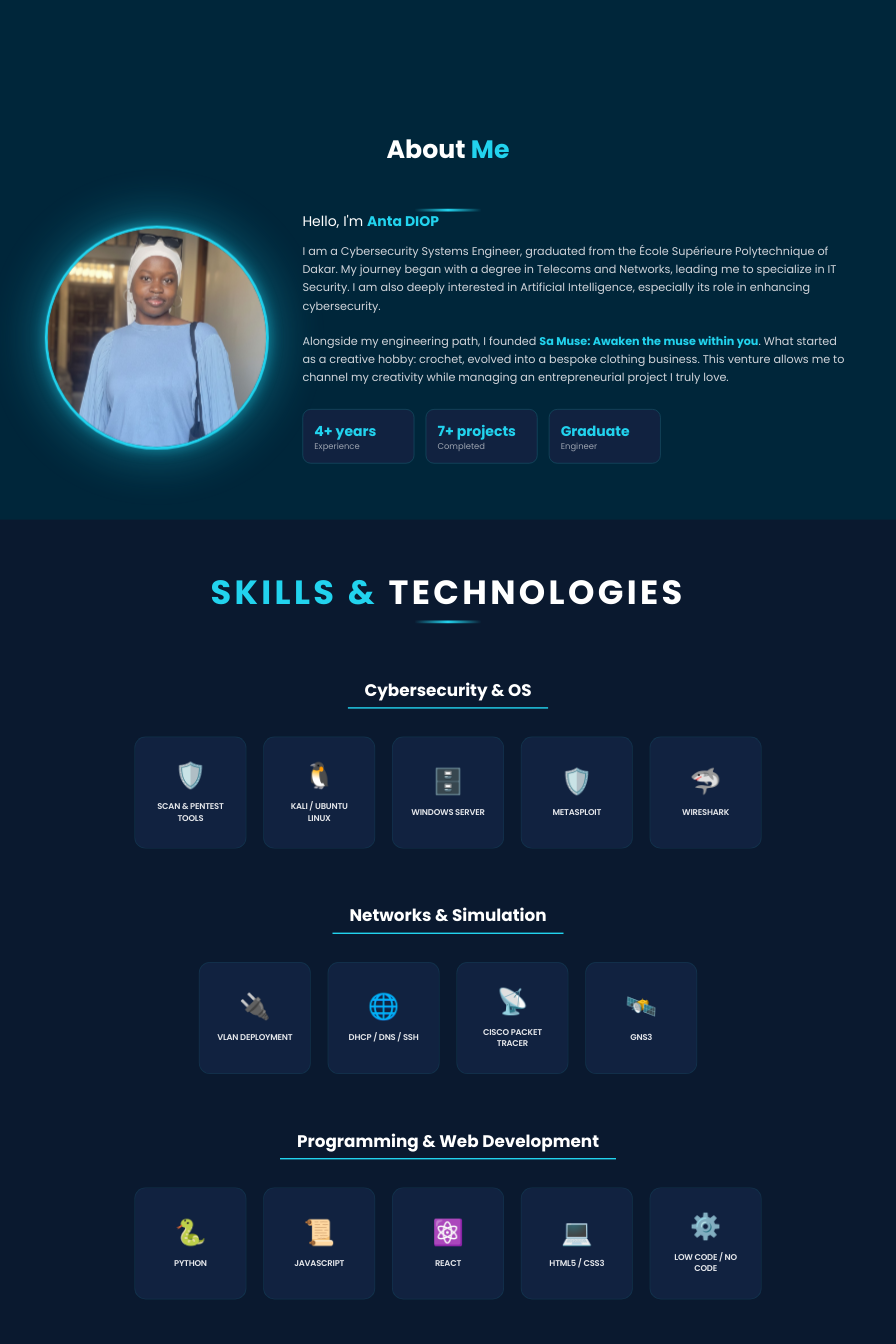
Repository: AntaaaKD/Mon-Portfolio
Page: /
These files come from the project's save history. The page is drawn as it stood at one moment and after a run of saves; the edit follows.
The browser window is 1280 px wide. The pictures show the part of the page from y = 666 to 2586 px (the page is 7105 px tall before and 7121 px after), at 70% of full size.
The project was rebuilt for these pictures with package versions that can differ from the ones it lists, and the page was loaded fresh each time.

Above is the page before, as saved 2026-01-15 00:29:31.

### public/index.html
<!DOCTYPE html>
<html lang="en">
  <link href="https://fonts.googleapis.com/css2?family=Poppins:wght@400;600;700&display=swap" rel="stylesheet">
  <head>
    <meta charset="utf-8" />
    <link rel="icon" href="%PUBLIC_URL%/favicon.ico" />
    <meta name="viewport" content="width=device-width, initial-scale=1" />
    <meta name="theme-color" content="#000000" />
    <meta
      name="description"
      content="Web site created using create-react-app"
    />
    <link rel="apple-touch-icon" href="%PUBLIC_URL%/logo192.png" />
    <!--
      manifest.json provides metadata used when your web app is installed on a
      user's mobile device or desktop. See https://developers.google.com/web/fundamentals/web-app-manifest/
    -->
    <link rel="manifest" href="%PUBLIC_URL%/manifest.json" />
    <!--
      Notice the use of %PUBLIC_URL% in the tags above.
      It will be replaced with the URL of the `public` folder during the build.
      Only files inside the `public` folder can be referenced from the HTML.

      Unlike "/favicon.ico" or "favicon.ico", "%PUBLIC_URL%/favicon.ico" will
      work correctly both with client-side routing and a non-root public URL.
      Learn how to configure a non-root public URL by running `npm run build`.
    -->
    <title>React App</title>
  </head>
  <body>
    <noscript>You need to enable JavaScript to run this app.</noscript>
    <div id="root"></div>
    <!--
      This HTML file is a template.
      If you open it directly in the browser, you will see an empty page.

      You can add webfonts, meta tags, or analytics to this file.
      The build step will place the bundled scripts into the <body> tag.

      To begin the development, run `npm start` or `yarn start`.
      To create a production bundle, use `npm run build` or `yarn build`.
    -->
  </body>
</html>

### src/index.css
@tailwind base;
@tailwind components;
@tailwind utilities;

body {
  margin: 0;
  font-family: 'Poppins', sans-serif;
  -webkit-font-smoothing: antialiased;
  -moz-osx-font-smoothing: grayscale;
}

code {
  font-family: source-code-pro, Menlo, Monaco, Consolas, 'Courier New',
    monospace;
}

### src/components/Navbar.jsx
import React, { useState, useEffect } from 'react';

const Navbar = () => {
  const [scrolled, setScrolled] = useState(false);

  useEffect(() => {
    const handleScroll = () => {
      if (window.scrollY > 50) {
        setScrolled(true);
      } else {
        setScrolled(false);
      }
    };

    window.addEventListener('scroll', handleScroll);
    return () => window.removeEventListener('scroll', handleScroll);
  }, []);

  return (
    <nav
        className={`p-4 sticky top-0 z-10 transition-all duration-300 ${
            scrolled
            ? 'bg-custom-blue bg-opacity-0 backdrop-blur-md'  // Semi-transparent (30%) + blur fort
            : 'bg-custom-blue'  // Bleu solide au top
        }`}
    >
        <div className="container mx-auto flex justify-between items-center">
            <h1 className="text-xl font-bold text-blue-text">AD</h1>
            <ul className="flex space-x-6 text-white">
            <li><a href="#home" className="hover:text-cyan-300">Home</a></li>
            <li><a href="#about" className="hover:text-cyan-300">About</a></li>
            <li><a href="#skills" className="hover:text-cyan-300">Skills</a></li>
            <li><a href="#achievements" className="hover:text-cyan-300">Achievements</a></li>
            <li><a href="#projects" className="hover:text-cyan-300">Projects</a></li>
            <li><a href="#contact" className="hover:text-cyan-300">Contact</a></li>
            </ul>
        </div>
    </nav>
  );
};

export default Navbar;

### src/components/Home.jsx
import React, { useEffect, useRef } from 'react';
import Typed from 'typed.js';

const Home = () => {
  // Création d'une référence pour l'élément qui accueillera l'animation
  const el = useRef(null);

  useEffect(() => {
    const typed = new Typed(el.current, {
      strings: [
        "Cybersecurity Engineer",
        "Founder of Sa Muse",
      ],
      typeSpeed: 100,
      backSpeed: 90,
      loop: true,
    });

    // Nettoyage de l'animation pour éviter les bugs de mémoire
    return () => {
      typed.destroy();
    };
  }, []);

  return (
    <section id="home" className="flex flex-col items-center justify-center h-screen text-center px-4">
      <h1 className="text-6xl font-bold mb-4">
        Hi, I'm <span className="text-blue-text">Anta DIOP</span>
      </h1>

      {/* On applique la ref ici pour l'animation */}
      <h2 className="text-2xl font-bold text-cyan-400 mb-6 h-8">
        <span ref={el}></span>
      </h2>

      <p className="text-lg mb-8 max-w-2xl">
        A Cybersecurity Engineer, I am passionate about analyzing, protecting, and detecting threats across systems and networks.
        I am also particularly interested in artificial intelligence applied to cybersecurity, a field that offers highly promising perspectives.
      </p>

      <div className="flex space-x-4">
        <a href="#projects" className="bg-blue-text text-lg px-6 py-3 rounded-full hover:bg-cyan-400 transition">
            View my Projects
        </a>
        <a href="/cv.pdf" download className="px-6 py-3 rounded-full border border-cyan-500 text-lg hover:bg-cyan-500 hover:text-custom-blue transition">
            Download CV
        </a>
      </div>
    </section>
  );
};

export default Home;

### src/components/About.jsx
import React from 'react';

const About = () => {
  return (
    <section id="about" className="py-20 px-4 bg-custom-blue text-white">
      <div className="max-w-6xl mx-auto">
        {/* Titre de la section */}
        <h2 className="text-4xl font-bold text-center mb-16">
          About <span className="text-cyan-400">Me</span>
        </h2>
        <div className="h-1 w-24 bg-gradient-to-r from-transparent via-cyan-400 to-transparent mx-auto mt-4 rounded-full"></div>

        <div className="flex flex-col md:flex-row items-center justify-between gap-12">

          {/* Colonne Image avec l'effet de halo bleu */}
          <div className="relative w-64 h-64 md:w-80 md:h-80">
            <div className="absolute inset-0 rounded-full bg-cyan-400 opacity-20 blur-2xl animate-pulse"></div>
            <div className="relative w-full h-full rounded-full border-4 border-cyan-400 overflow-hidden shadow-[0_0_20px_rgba(34,211,238,0.5)]">
              <img
                src="/image1.png"
                alt="Anta DIOP"
                className="w-full h-full object-cover"
              />
            </div>
          </div>

          {/* Colonne Texte */}
          <div className="flex-1 text-center md:text-left">
            <h3 className="text-xl mb-4">
              Hello, I'm <span className="text-cyan-400 font-bold">Anta DIOP</span>
            </h3>
            <p className="text-gray-300 mb-6 leading-relaxed">
              I am a Cybersecurity Systems Engineer, graduated from the École Supérieure Polytechnique of Dakar.
              My journey began with a degree in Telecoms and Networks, leading me to specialize in IT Security.
              I am also deeply interested in Artificial Intelligence, especially its role in enhancing cybersecurity.
            </p>
            <p className="text-gray-300 mb-8 leading-relaxed">
              Alongside my engineering path, I founded <span className="text-cyan-400 font-bold"> Sa Muse: Awaken the muse within you</span>.
              What started as a creative hobby: crochet, evolved into a bespoke clothing business. This venture allows me to channel my creativity while managing an entrepreneurial project I truly love.
            </p>

            {/* Cartes de statistiques (comme sur le modèle) */}
            <div className="flex flex-wrap justify-center md:justify-start gap-4">
              <div className="bg-[#112240] p-4 rounded-xl border border-cyan-900 w-40">
                <p className="text-cyan-400 font-bold text-xl">4+ years</p>
                <p className="text-xs text-gray-400">Experience</p>
              </div>
              <div className="bg-[#112240] p-4 rounded-xl border border-cyan-900 w-40">
                <p className="text-cyan-400 font-bold text-xl">7+ projects</p>
                <p className="text-xs text-gray-400">Completed</p>
              </div>
              <div className="bg-[#112240] p-4 rounded-xl border border-cyan-900 w-40">
                <p className="text-cyan-400 font-bold text-xl">Graduate</p>
                <p className="text-xs text-gray-400">Engineer</p>
              </div>
            </div>
          </div>

        </div>
      </div>
    </section>
  );
};

export default About;

### src/components/Skills.jsx
import React from 'react';

const Skills = () => {
  const skillCategories = [
    {
      domain: "Cybersecurity & OS",
      tools: [
        { name: 'Scan & Pentest Tools', icon: '🛡️' },
        { name: 'Kali / Ubuntu Linux', icon: '🐧' },
        { name: 'Windows Server', icon: '🗄️' },
        { name: 'Metasploit', icon: '🛡️' },
        { name: 'Wireshark', icon: '🦈' }
      ]
    },
    {
      domain: "Networks & Simulation",
      tools: [
        { name: 'VLAN Deployment', icon: '🔌' },
        { name: 'DHCP / DNS / SSH', icon: '🌐' },
        { name: 'Cisco Packet Tracer', icon: '📡' },
        { name: 'GNS3', icon: '🛰️' }
      ]
    },
    {
      domain: "Programming & Web Development",
      tools: [
        { name: 'Python', icon: '🐍' },
        { name: 'JavaScript', icon: '📜' },
        { name: 'React', icon: '⚛️' },
        { name: 'HTML5 / CSS3', icon: '💻' },
        { name: 'Low Code / No Code', icon: '⚙️' },
      ]
    },
    {
      domain: "Data & Infrastructure",
      tools: [
        { name: 'Machine Learning', icon: '🧠' },
        { name: 'SQL', icon: '📊' },
        { name: 'Docker', icon: '🐳' },
        { name: 'VMware / Virtualbox', icon: '🖥️' },
        { name: 'GitHub', icon: '🐙' }
      ]
    }
  ];

  return (
    <section id="skills" className="py-20 bg-[#0a192f] text-white">
      <div className="max-w-6xl mx-auto px-4">
        <h2 className="text-5xl font-bold text-center mb-20 text-cyan-400 uppercase tracking-widest">
          Skills & <span className="text-white">Technologies</span>
          <div className="h-1 w-24 bg-gradient-to-r from-transparent via-cyan-400 to-transparent mx-auto mt-4 rounded-full"></div>
        </h2>

        <div className="space-y-20">
          {skillCategories.map((category, idx) => (
            <div key={idx} className="flex flex-col items-center">
              {/* Titre du domaine bien centré */}
              <h3 className="text-2xl font-bold mb-10 text-white border-b-2 border-cyan-400 pb-2 px-6">
                {category.domain}
              </h3>

              {/* Grille des outils centrée */}
              <div className="flex flex-wrap justify-center gap-6 w-full">
                {category.tools.map((tool, index) => (
                  <div
                    key={index}
                    className="bg-[#112240] p-6 rounded-2xl border border-cyan-900/40 flex flex-col items-center justify-center w-40 h-40 transition-all duration-300 hover:border-cyan-400 hover:-translate-y-2 hover:shadow-[0_0_20px_rgba(34,211,238,0.15)] group"
                  >
                    <div className="text-4xl mb-4 group-hover:scale-110 transition-transform">
                      {tool.icon}
                    </div>
                    <h4 className="text-xs font-semibold text-gray-200 text-center uppercase tracking-tight">
                      {tool.name}
                    </h4>
                  </div>
                ))}
              </div>
            </div>
          ))}
        </div>
      </div>
    </section>
  );
};

export default Skills;

### src/components/Achievements.jsx
import React from 'react';

const Achievements = () => {
  const achievements = [
    {
      date: "In Press - November 2025",
      title: "Scientific Publication: Android App Security",
      institution: "17th EAI AFRICOMM Conference",
      description: "Co-authored the research paper: 'On the security of pre-installed Android apps in low-cost devices'. Study conducted in collaboration with University of Luxembourg (SnT).",
      isResearch: true,
      link: "https://orbilu.uni.lu/handle/10993/66902"
    },
    {
      date: "October 2025",
      title: "Master's Thesis: Dynamic Analysis of Android Applications ",
      institution: "SnT - University of Luxembourg",
      description: "Conducting a study and implementing dynamic analysis methods, supported by Artificial Intelligence, for the evaluation of preinstalled Android applications.",
    },
    {
      date: "September 2024",
      title: "Deep Learning Indaba 2024 Participant",
      institution: "Université Amadou Mahtar MBOW",
      description: "Attended one of Africa's largest AI events. Gained insights into cutting-edge AI applications for network security and connected with global industry experts.",
    },
    {
      date: "Mai 2024",
      title: "LAMBTech Competition: 3rd Place",
      institution: "Institut Informatique Business School (IIBS), Dakar",
      description: "Successfully secured and defended remote systems in an intensive ethical hacking competition. Demonstrated expertise in web vulnerability exploitation and team leadership.",
    },
    {
      date: "June 2022 - July 2022",
      title: "Undergraduate Project: Network Security Hardening",
      institution: "École Supérieure Polytechnique de Dakar (ESP)",
      description: "Architected a secure infrastructure using Cisco technologies, implementing ACLs, encrypted VPN tunnels, and robust AAA authentication mechanisms.",
    }
  ];

return (
    <section id="achievements" className="w-full py-24 bg-transparent text-white">
      <div className="max-w-5xl mx-auto px-4">

        <div className="text-center mb-20">
          <h2 className="text-5xl font-extrabold tracking-tight">
            My <span className="text-cyan-400">Achievements</span>
          </h2>
          <div className="h-1 w-24 bg-gradient-to-r from-transparent via-cyan-400 to-transparent mx-auto mt-4 rounded-full"></div>
        </div>

        <div className="relative">
          {/* LIGNE EN DÉGRADÉ */}
          <div className="absolute left-4 md:left-1/2 transform md:-translate-x-1/2 w-[3px] h-full bg-gradient-to-b from-cyan-400 via-cyan-600 to-transparent rounded-full opacity-50"></div>

          {achievements.map((item, index) => (
            <div key={index} className={`relative flex items-center justify-between mb-24 w-full ${index % 2 === 0 ? 'md:flex-row-reverse' : 'md:flex-row'}`}>

              <div className="hidden md:block w-5/12"></div>

              {/* POINT DE LA TIMELINE */}
              <div className="absolute left-4 md:left-1/2 transform -translate-x-1/2 w-6 h-6 rounded-full bg-[#0a192f] border-[3px] border-cyan-400 z-20 shadow-[0_0_15px_rgba(34,211,238,0.8)] flex items-center justify-center">
                 <div className="w-2 h-2 rounded-full bg-cyan-400"></div>
              </div>

              {/* CARTE */}
              <div className="w-full md:w-5/12 ml-12 md:ml-0 bg-[#112240] p-8 rounded-2xl border border-cyan-900/50 hover:border-cyan-400/50 transition-all duration-500 shadow-2xl group relative overflow-hidden">
                {item.isResearch && (
                  <div className="absolute top-0 right-0 bg-cyan-400 text-[#0a192f] text-[10px] font-bold px-3 py-1 rounded-bl-lg uppercase">
                    Research
                  </div>
                )}

                <span className="text-cyan-400 font-mono text-xs font-bold uppercase block mb-2">{item.date}</span>
                <h3 className="text-2xl font-bold text-white mb-2 group-hover:text-cyan-400 transition-colors">{item.title}</h3>
                <h4 className="text-cyan-500/80 text-sm italic mb-4">{item.institution}</h4>
                <p className="text-gray-300 font-light text-[15px] mb-4">{item.description}</p>

                {/* --- ICI C'EST LE BOUTON QUE TU CHERCHAIS --- */}
                {item.link && (
                  <a
                    href={item.link}
                    target="_blank"
                    rel="noopener noreferrer"
                    className="inline-flex items-center text-cyan-400 hover:text-white transition-colors group/link"
                  >
                    <span className="text-sm font-bold uppercase tracking-widest border-b border-cyan-400 group-hover/link:border-white pb-1">
                      Read Publication
                    </span>
                    <svg className="w-4 h-4 ml-2 transform group-hover/link:translate-x-1 transition-transform" fill="none" stroke="currentColor" viewBox="0 0 24 24">
                      <path strokeLinecap="round" strokeLinejoin="round" strokeWidth="2" d="M14 5l7 7-7 7M5 12h14" />
                    </svg>
                  </a>
                )}
              </div>

            </div>
          ))}
        </div>
      </div>
    </section>
  );
};

export default Achievements;

### src/components/Projects.jsx
import React from 'react';

const Projects = () => {
  const academicProjects = [
    {
      title: "Web Race Conditions: Banking App",
      description: "Designed a secure banking application to demonstrate race condition vulnerabilities. Developed attack scripts in Python to bypass balance checks and implemented server-side mutex locking for protection.",
      image: "https://images.unsplash.com/photo-1563986768609-322da13575f3?auto=format&fit=crop&q=80&w=800", // Image de banque/finance
      tags: ["Python", "Flask", "Security", "MySQL"],
      codeLink: "#",
      demoLink: "#"
    },
    {
      title: "Forensic Analysis with LLMs",
      description: "Built an intelligent forensic system combining LLM Fine-Tuning and RAG. Trained the model on technical evidence to automate semantic search and report interpretation for digital investigators.",
      image: "https://images.unsplash.com/photo-1550751827-4bd374c3f58b?auto=format&fit=crop&q=80&w=800", // Image de cybersécurité/données
      tags: ["LLM", "RAG", "Python", "AI"],
      codeLink: "#",
      demoLink: "#"
    },
    {
      title: "DeepFake Detection System",
      description: "Developed a web platform using Machine Learning to identify synthesized images. Included adversarial attack testing and model hardening against evasion techniques.",
      image: "https://images.unsplash.com/photo-1633412802994-5c058f151b66?auto=format&fit=crop&q=80&w=800", // Image de reconnaissance faciale/IA
      tags: ["Machine Learning", "React", "TensorFlow"],
      codeLink: "#",
      demoLink: "#"
    },
    {
      title: "Wakhtane: Secure Messenger",
      description: "Engineered an end-to-end encrypted messaging application. Focused on secure coding practices to prevent OWASP Top 10 vulnerabilities and ensure user privacy.",
      image: "https://images.unsplash.com/photo-1611746872915-64382b5c76da?auto=format&fit=crop&q=80&w=800", // Image de messagerie/chat
      tags: ["Cryptography", "Node.js", "WebSockets"],
      codeLink: "#",
      demoLink: "#"
    },
    {
      title: "PKI Infrastructure Deployment",
      description: "Implemented a full-scale Public Key Infrastructure integrated with SSL/TLS certificates. Managed the complete certificate lifecycle and authentication protocols.",
      image: "https://images.unsplash.com/photo-1558494949-ef010cbdcc48?auto=format&fit=crop&q=80&w=800", // Image de serveur/réseau
      tags: ["SSL/TLS", "PKI", "Networking"],
      codeLink: "#",
      demoLink: "#"
    }
  ];

  return (
    <section id="projects" className="w-full py-24 bg-transparent text-white">
      <div className="max-w-7xl mx-auto px-4">

        <div className="text-center mb-16">
          <h2 className="text-5xl font-extrabold text-cyan-400">
            Featured <span className="text-white">Projects</span>
          </h2>
        </div>

        <div className="grid grid-cols-1 md:grid-cols-2 lg:grid-cols-3 gap-10">
          {academicProjects.map((project, index) => (
            <div
              key={index}
              className="bg-[#112240] rounded-2xl overflow-hidden border border-cyan-900/30 hover:border-cyan-400/50 transition-all duration-300 shadow-xl group"
            >
              {/* Image Section */}
              <div className="relative h-56 overflow-hidden">
                <img
                  src={project.image}
                  alt={project.title}
                  className="w-full h-full object-cover transition-transform duration-500 group-hover:scale-110 opacity-80 group-hover:opacity-100"
                />
                <div className="absolute inset-0 bg-gradient-to-t from-[#112240] to-transparent opacity-60"></div>
              </div>

              {/* Content Section */}
              <div className="p-8 flex flex-col h-full">
                <h3 className="text-2xl font-bold text-cyan-400 mb-4 group-hover:text-white transition-colors">
                  {project.title}
                </h3>
                <p className="text-gray-400 text-sm leading-relaxed mb-6 flex-grow">
                  {project.description}
                </p>

                {/* Tags */}
                <div className="flex flex-wrap gap-2 mb-8">
                  {project.tags.map((tag, i) => (
                    <span
                      key={i}
                      className="text-[11px] bg-cyan-900/30 text-cyan-300 border border-cyan-400/20 px-3 py-1 rounded-full font-semibold"
                    >
                      {tag}
                    </span>
                  ))}
                </div>

                {/* Action Buttons */}
                <div className="flex gap-4">
                  <a
                    href={project.codeLink}
                    className="flex-1 flex items-center justify-center gap-2 bg-[#0a192f] border border-cyan-800 hover:border-cyan-400 py-2 rounded-lg text-sm font-bold transition-all"
                  >
                    <span>GitHub</span>
                  </a>
                  <a
                    href={project.demoLink}
                    className="flex-1 flex items-center justify-center gap-2 bg-cyan-500 hover:bg-cyan-400 text-[#0a192f] py-2 rounded-lg text-sm font-bold transition-all"
                  >
                    <span>Details</span>
                  </a>
                </div>
              </div>
            </div>
          ))}
        </div>
      </div>
    </section>
  );
};

export default Projects;

### tailwind.config.js
/** @type {import('tailwindcss').Config} */
module.exports = {
  content: [
    "./src/**/*.{js,jsx,ts,tsx}",
  ],
  theme: {
    extend: {
      colors: {
        'custom-blue': 'rgb(0, 38, 58)',  // Ton bleu exact ici
        'blue-text': 'rgb(1, 120, 160)',
      },
    },
  },
  plugins: [],
};

Loaded but not shown: src/index.js (common file); src/reportWebVitals.js (common file); src/App.js (25 lines, source omitted)

After the next 2 saves:
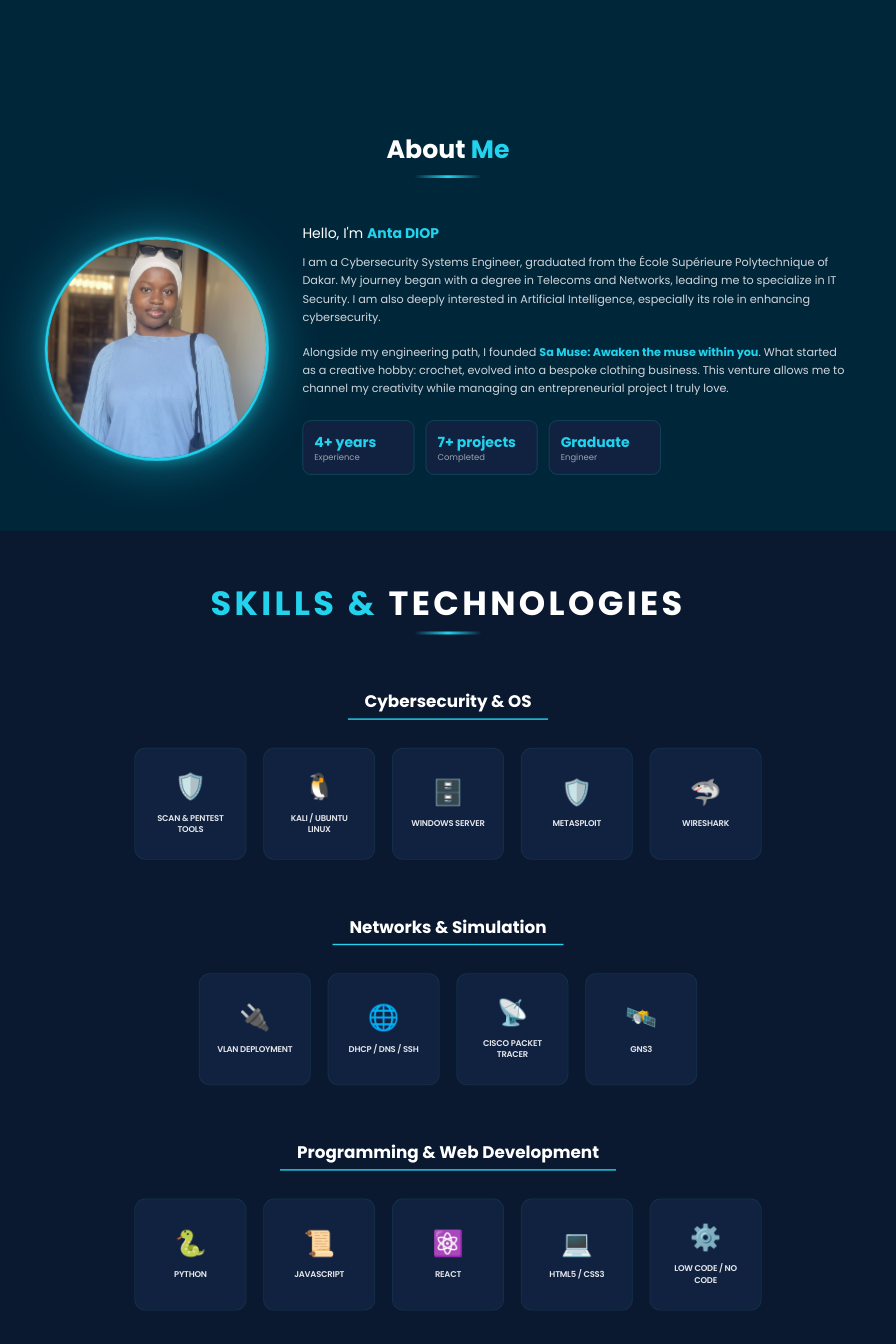
The 2 saves are shown as one change because they came seconds apart.
The last was saved 13 s later.
--- a/src/components/About.jsx
+++ b/src/components/About.jsx
@@ -7,8 +7,9 @@ const About = () => {
         {/* Titre de la section */}
         <h2 className="text-4xl font-bold text-center mb-16">
           About <span className="text-cyan-400">Me</span>
+          <div className="h-1 w-24 bg-gradient-to-r from-transparent via-cyan-400 to-transparent mx-auto mt-4 rounded-full"></div>
         </h2>
-        <div className="h-1 w-24 bg-gradient-to-r from-transparent via-cyan-400 to-transparent mx-auto mt-4 rounded-full"></div>
+
 
         <div className="flex flex-col md:flex-row items-center justify-between gap-12">
 
